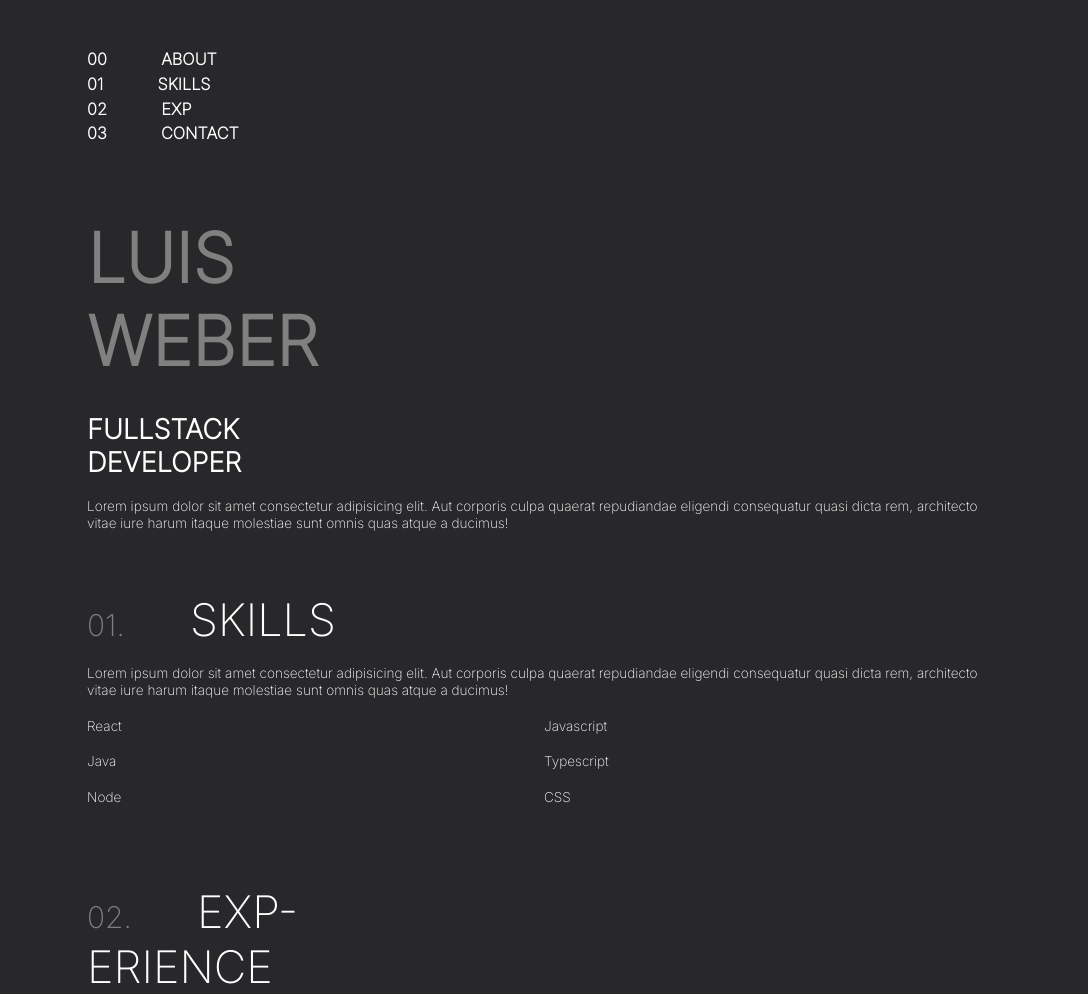
Repository: luiswh1/Portfolio
Page: /
An editor plug-in stored every save of this project. The page is shown before and after the next save, followed by the edit.
The browser window is 1280 px wide. The pictures show the whole page, at 85% of full size.
The project was rebuilt for these pictures with package versions that can differ from the ones it lists, and the page was loaded fresh each time.

Above is the page before, as saved 2023-05-28 15:54:02.

After the next save:
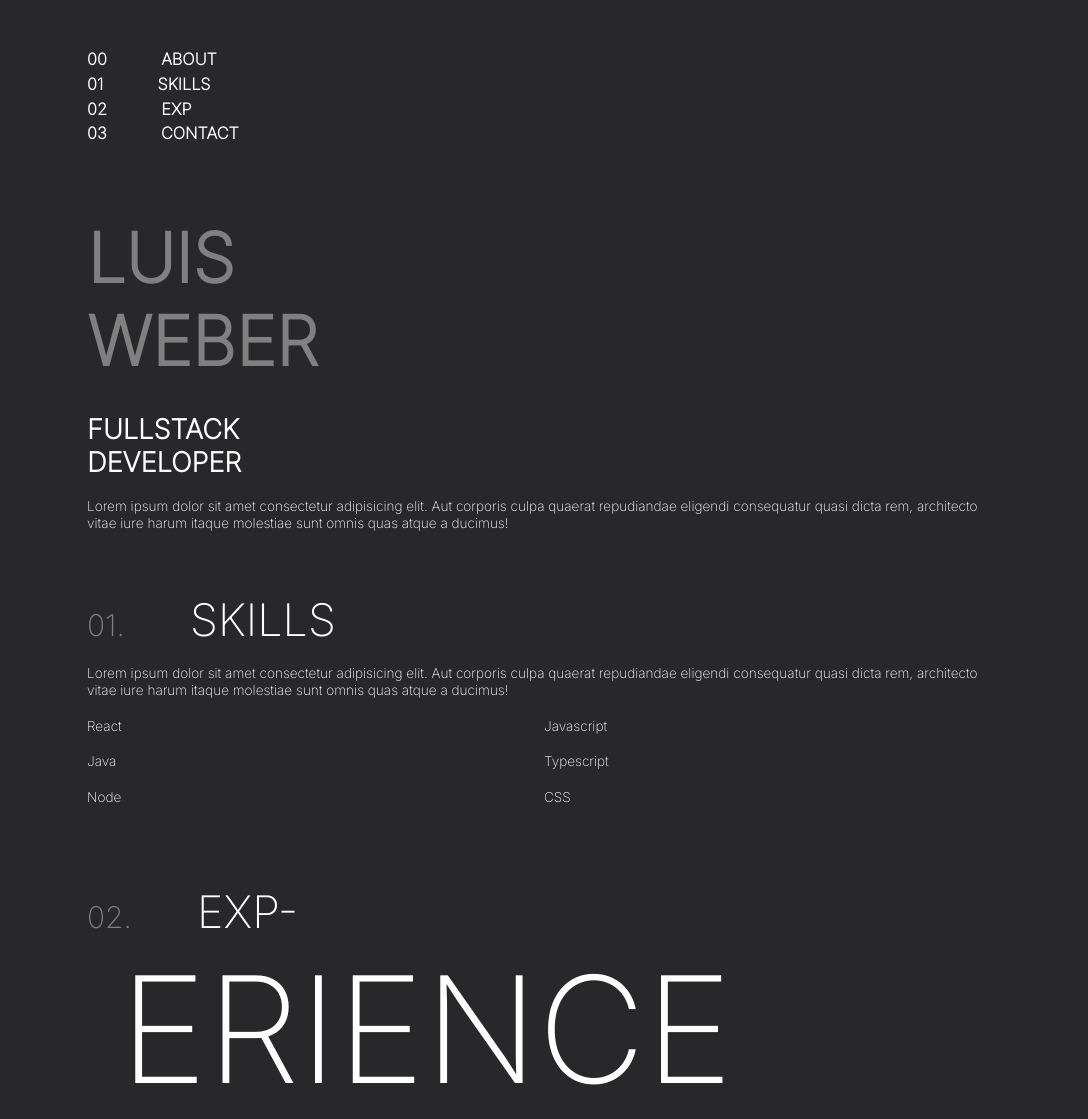
Saved 11 min 39 s later.
--- a/src/Pages/Home.tsx
+++ b/src/Pages/Home.tsx
@@ -62,7 +62,7 @@
 
         <LabelTitle>
           <NumberIndex>02.</NumberIndex>
-          <IndexTitle>EXP- <br/>ERIENCE</IndexTitle>
+          <IndexTitle>EXP- <br/><IndexTitle>ERIENCE</IndexTitle></IndexTitle>
         </LabelTitle>
 
       </InnerContainer>

After the save that followed:
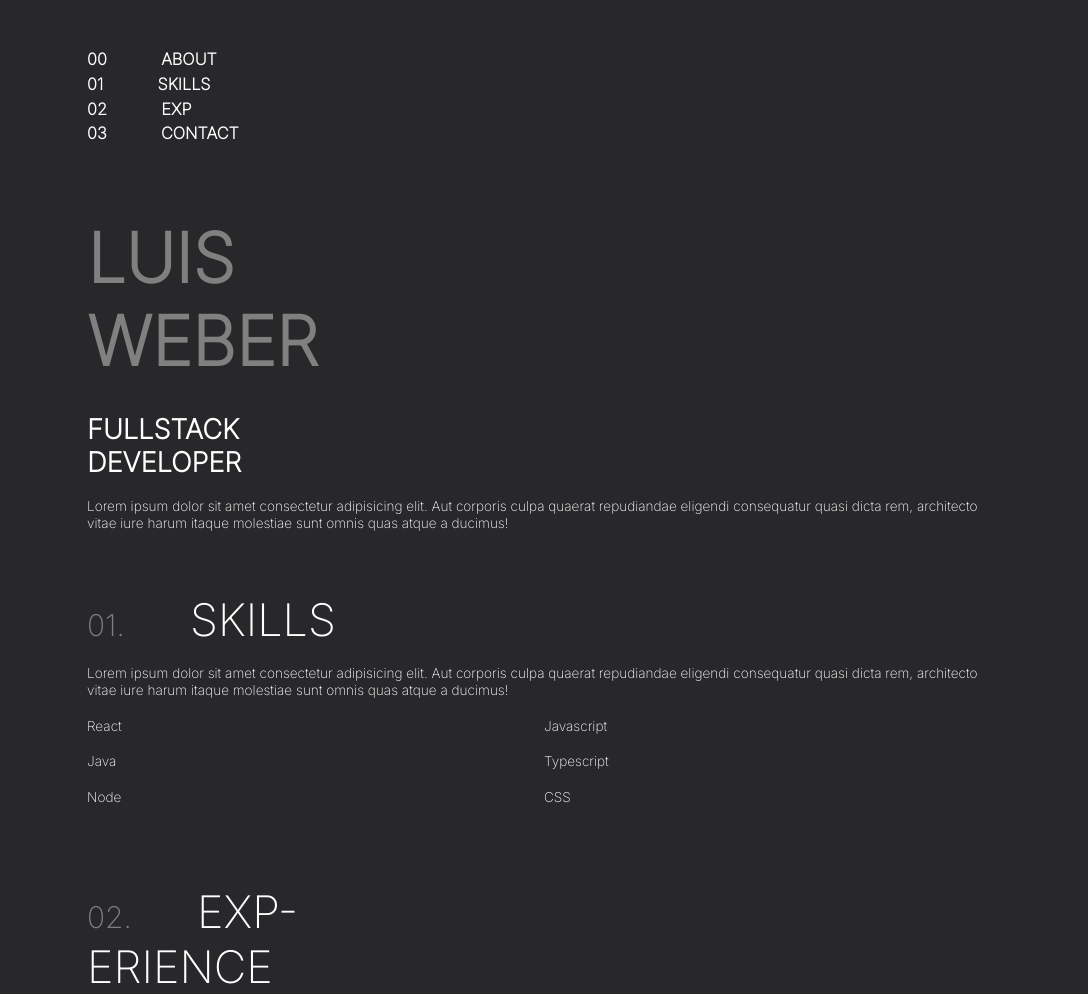
Saved 24 s later.
--- a/src/Pages/Home.tsx
+++ b/src/Pages/Home.tsx
@@ -62,7 +62,7 @@
 
         <LabelTitle>
           <NumberIndex>02.</NumberIndex>
-          <IndexTitle>EXP- <br/><IndexTitle>ERIENCE</IndexTitle></IndexTitle>
+          <IndexTitle>EXP- <br/>ERIENCE</IndexTitle>
         </LabelTitle>
 
       </InnerContainer>
